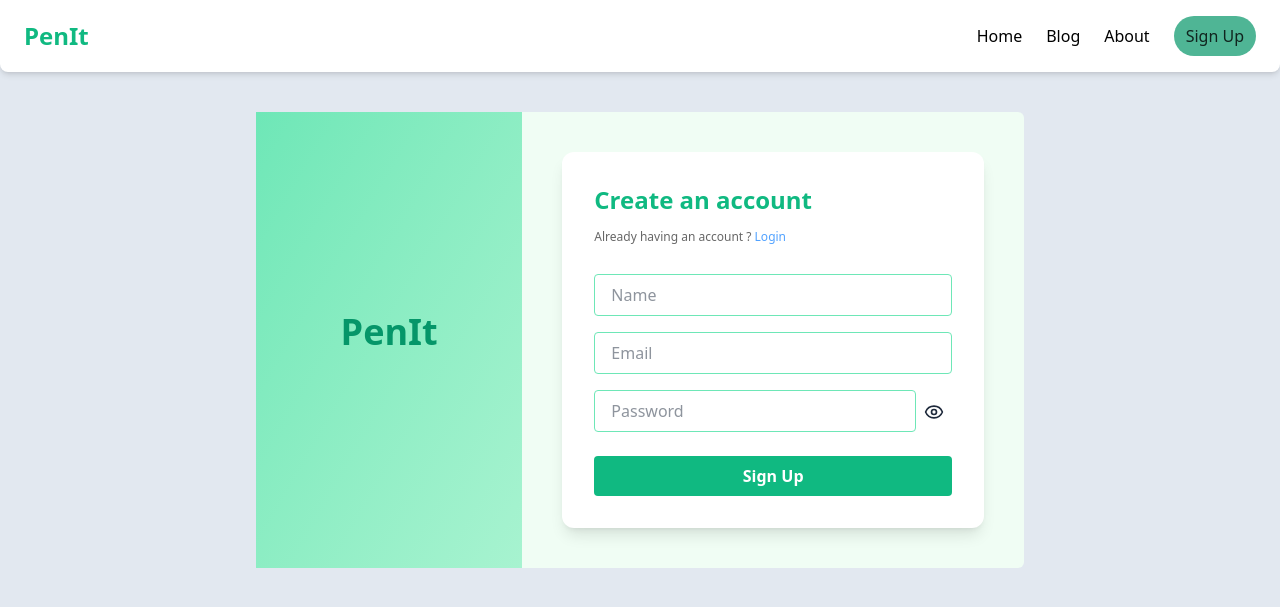
Repository: Mounika-chukkala/PenIt
Page: /signup (app in frontend/)
An editor plug-in stored every save of this project. The page is shown before and after the next save, followed by the edit.
The browser window is 1280 px wide. The pictures show the whole page.
The project was rebuilt for these pictures with package versions that can differ from the ones it lists, and the page was loaded fresh each time. Also part of the build but not shown: frontend/vite.config.js, frontend/src/Pages/Signin.jsx, frontend/src/components/CreateBlog.jsx, frontend/src/Pages/AddBlog.jsx.

Above is the page before, as saved 2025-05-23 14:15:51.

After the next save:
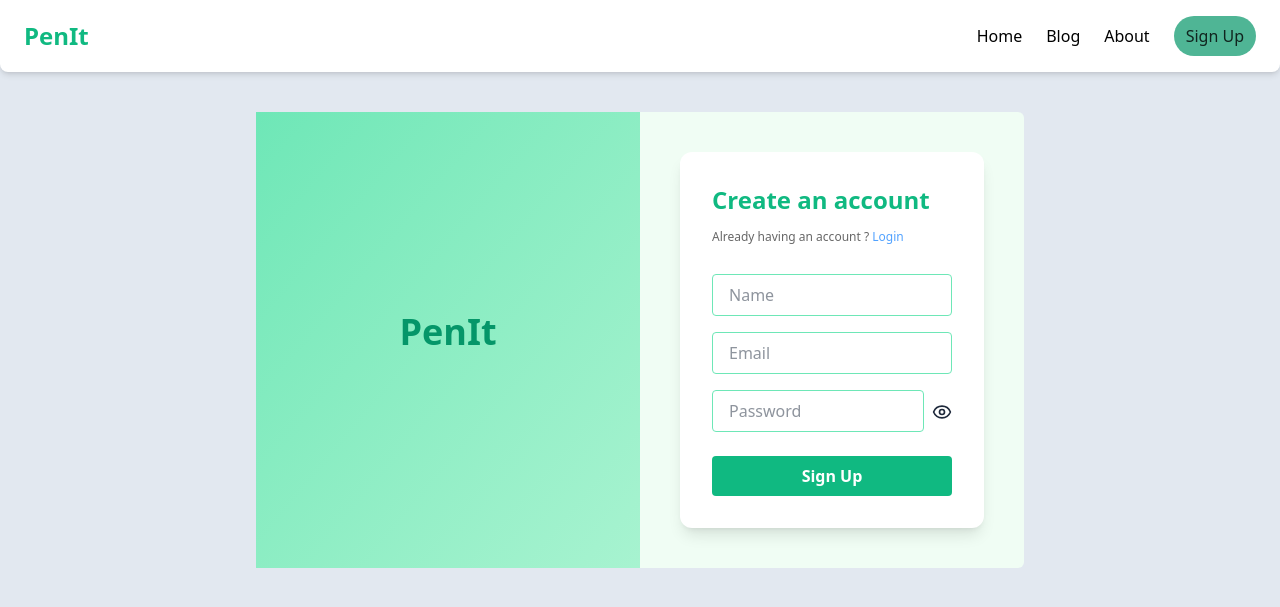
Saved 12 s later.
--- a/frontend/src/Pages/Signup.jsx
+++ b/frontend/src/Pages/Signup.jsx
@@ -43,7 +43,7 @@ alert(res.message)
       </div>
 
       {/* Right side sign up form */}
-      <div className=" w-full md-w-1/2 flex justify-center items-center p-10">
+      <div className=" w-full md:w-1/2 flex justify-center items-center p-10">
         <div className="bg-white p-8 rounded-xl shadow-lg w-full max-w-md">
           <h2 className="text-lg md:text-2xl font-bold mb-3 text-[#10B981]">Create an account</h2>
 
